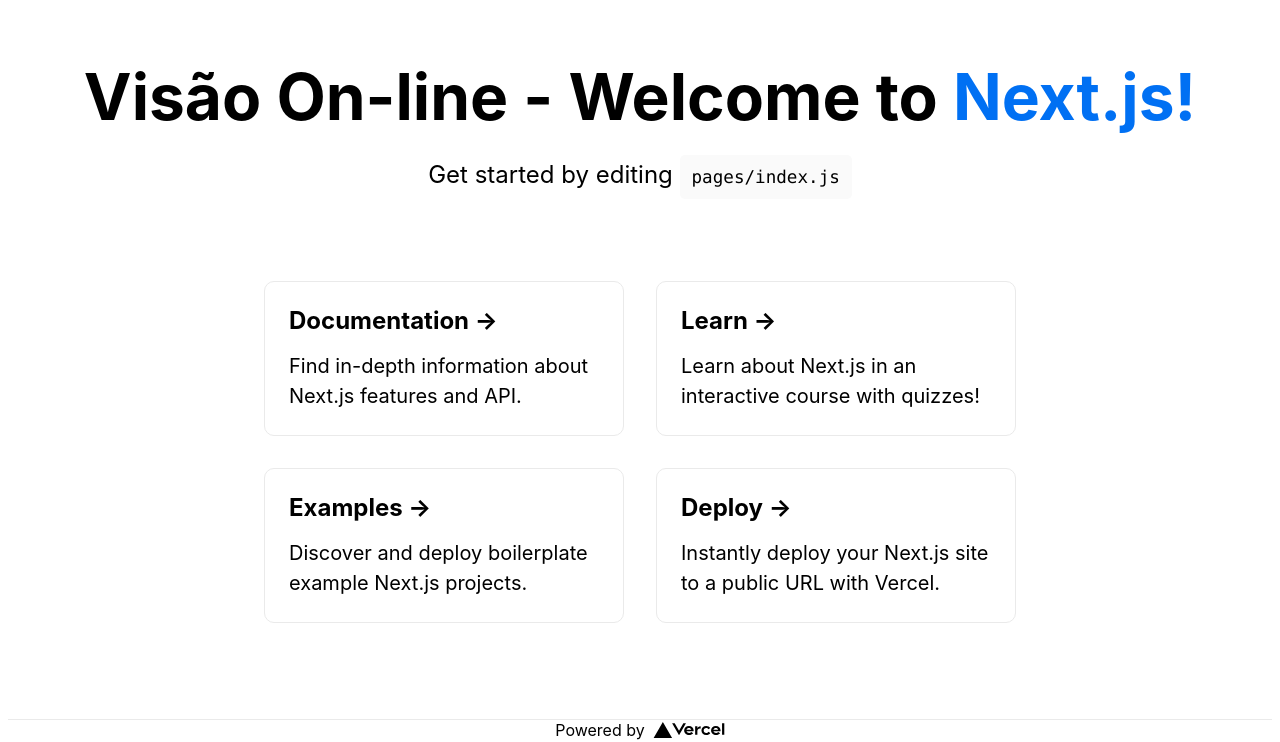
Repository: joneskleber/nextvercel
Page: /
The author's editor kept a copy of each file at every save. The page is drawn from the files as they stood at one save, then again after the next save.
The browser window is 1280 px wide. The pictures show the whole page.
The project was rebuilt for these pictures with package versions that can differ from the ones it lists, and the page was loaded fresh each time. The framework's server and built-in components were replaced by stand-ins that run in the browser. Also part of the build but not shown: next.config.js.

Above is the page before, as saved 2021-07-19 16:37:28.

### pages/index.js
import Head from 'next/head'
import Image from 'next/image'
import styles from '../styles/Home.module.css'

export default function Home() {
  return (
    <div className={styles.container}>
      <Head>
        <title>Create Next App</title>
        <meta name="description" content="Generated by create next app" />
        <link rel="icon" href="/favicon.ico" />
      </Head>

      <main className={styles.main}>
        <h1 className={styles.title}>
          Visão On-line - Welcome to <a href="https://nextjs.org">Next.js!</a>
        </h1>

        <p className={styles.description}>
          Get started by editing{' '}
          <code className={styles.code}>pages/index.js</code>
        </p>

        <div className={styles.grid}>
          <a href="https://nextjs.org/docs" className={styles.card}>
            <h2>Documentation &rarr;</h2>
            <p>Find in-depth information about Next.js features and API.</p>
          </a>

          <a href="https://nextjs.org/learn" className={styles.card}>
            <h2>Learn &rarr;</h2>
            <p>Learn about Next.js in an interactive course with quizzes!</p>
          </a>

          <a
            href="https://github.com/vercel/next.js/tree/master/examples"
            className={styles.card}
          >
            <h2>Examples &rarr;</h2>
            <p>Discover and deploy boilerplate example Next.js projects.</p>
          </a>

          <a
            href="https://vercel.com/new?utm_source=create-next-app&utm_medium=default-template&utm_campaign=create-next-app"
            className={styles.card}
          >
            <h2>Deploy &rarr;</h2>
            <p>
              Instantly deploy your Next.js site to a public URL with Vercel.
            </p>
          </a>
        </div>
      </main>

      <footer className={styles.footer}>
        <a
          href="https://vercel.com?utm_source=create-next-app&utm_medium=default-template&utm_campaign=create-next-app"
          target="_blank"
          rel="noopener noreferrer"
        >
          Powered by{' '}
          <span className={styles.logo}>
            <Image src="/vercel.svg" alt="Vercel Logo" width={72} height={16} />
          </span>
        </a>
      </footer>
    </div>
  )
}

Loaded but not shown: pages/_app.js (common file); styles/globals.css (common file); styles/Home.module.css (common file)

After the next save:
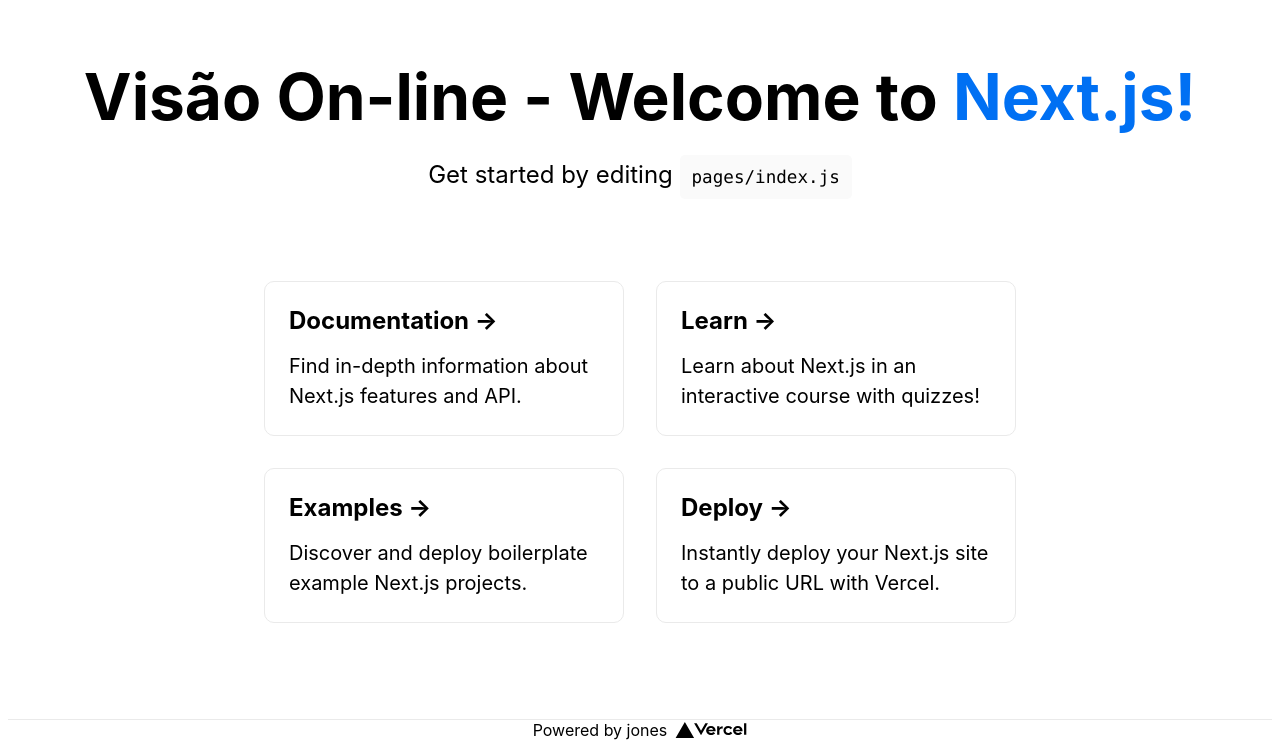
Saved 51 min 51 s later.
--- a/pages/index.js
+++ b/pages/index.js
@@ -58,7 +58,7 @@
           target="_blank"
           rel="noopener noreferrer"
         >
-          Powered by{' '}
+          Powered by{' jones '}
           <span className={styles.logo}>
             <Image src="/vercel.svg" alt="Vercel Logo" width={72} height={16} />
           </span>

After the save that followed:
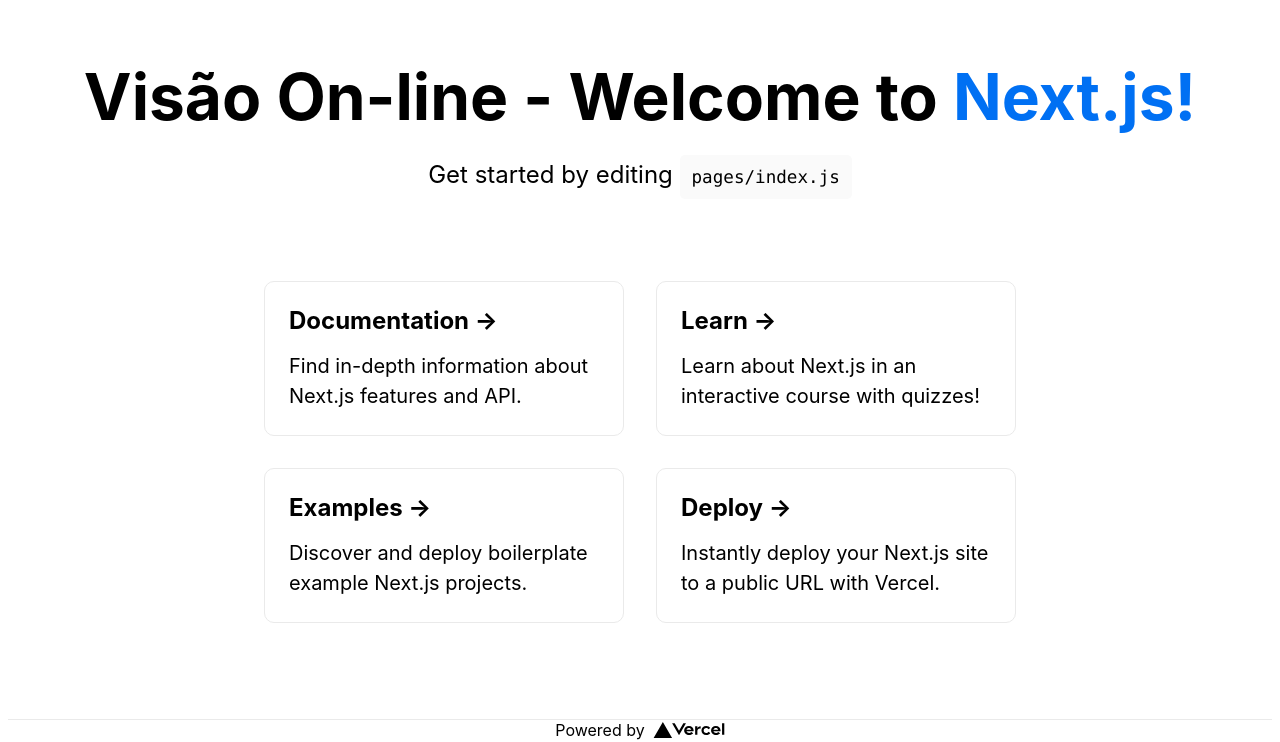
Saved 114 s later.
--- a/pages/index.js
+++ b/pages/index.js
@@ -58,7 +58,7 @@
           target="_blank"
           rel="noopener noreferrer"
         >
-          Powered by{' jones '}
+          Powered by{'  '}
           <span className={styles.logo}>
             <Image src="/vercel.svg" alt="Vercel Logo" width={72} height={16} />
           </span>
